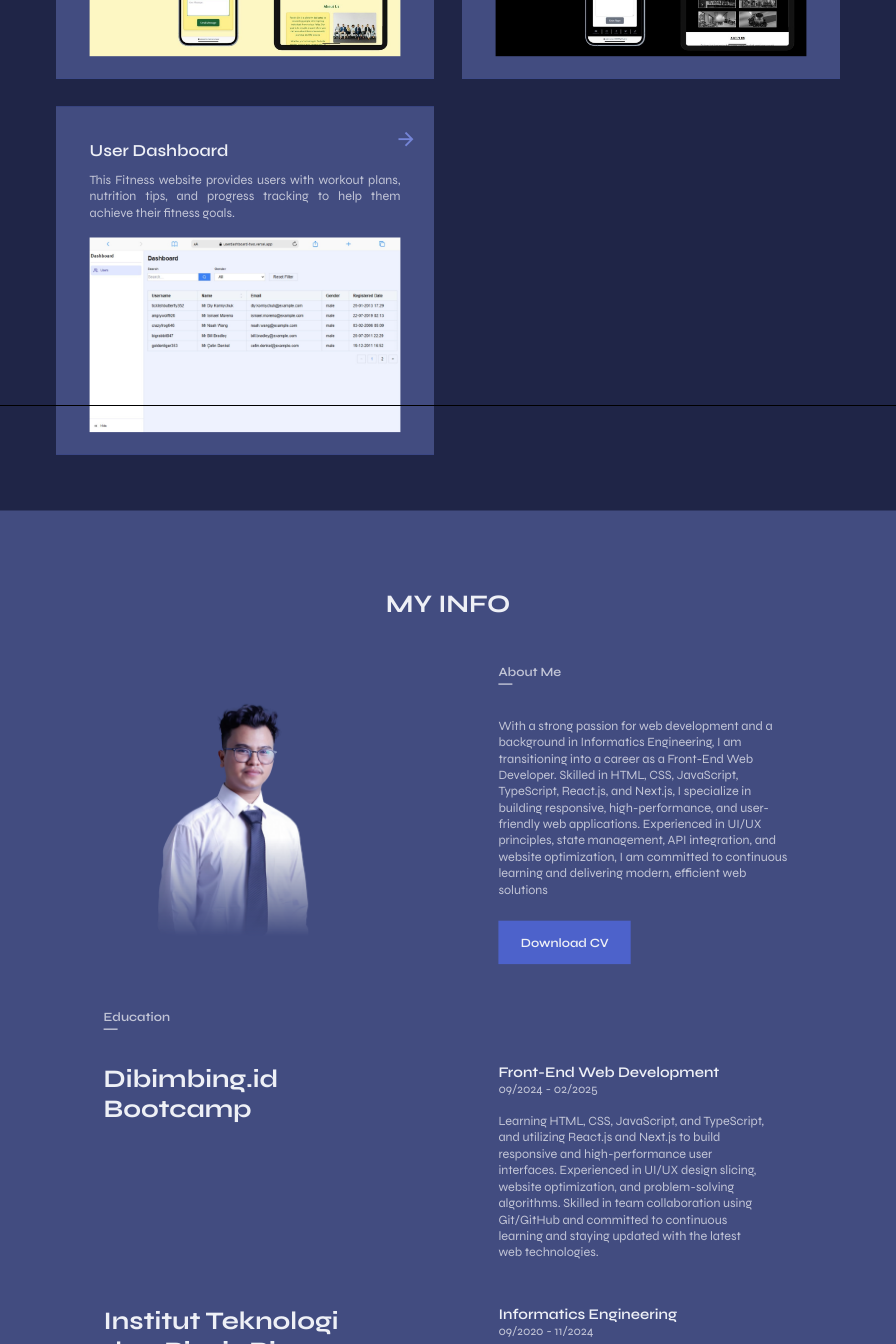
Repository: Ademaulana100499/amgrowth
Page: /
These files come from the project's save history. The page is drawn as it stood at one moment and after the next save; the edit follows.
The browser window is 1280 px wide. The pictures show the part of the page from y = 2325 to 4245 px (the page is 7532 px tall before and 7673 px after), at 70% of full size.
Some web fonts or font styles are not loaded; a fallback is used. The project was rebuilt for these pictures with package versions that can differ from the ones it lists, and the page was loaded fresh each time. Also part of the build but not shown: vite.config.js.

Above is the page before, as saved 2025-02-19 16:39:43.

After the next save:
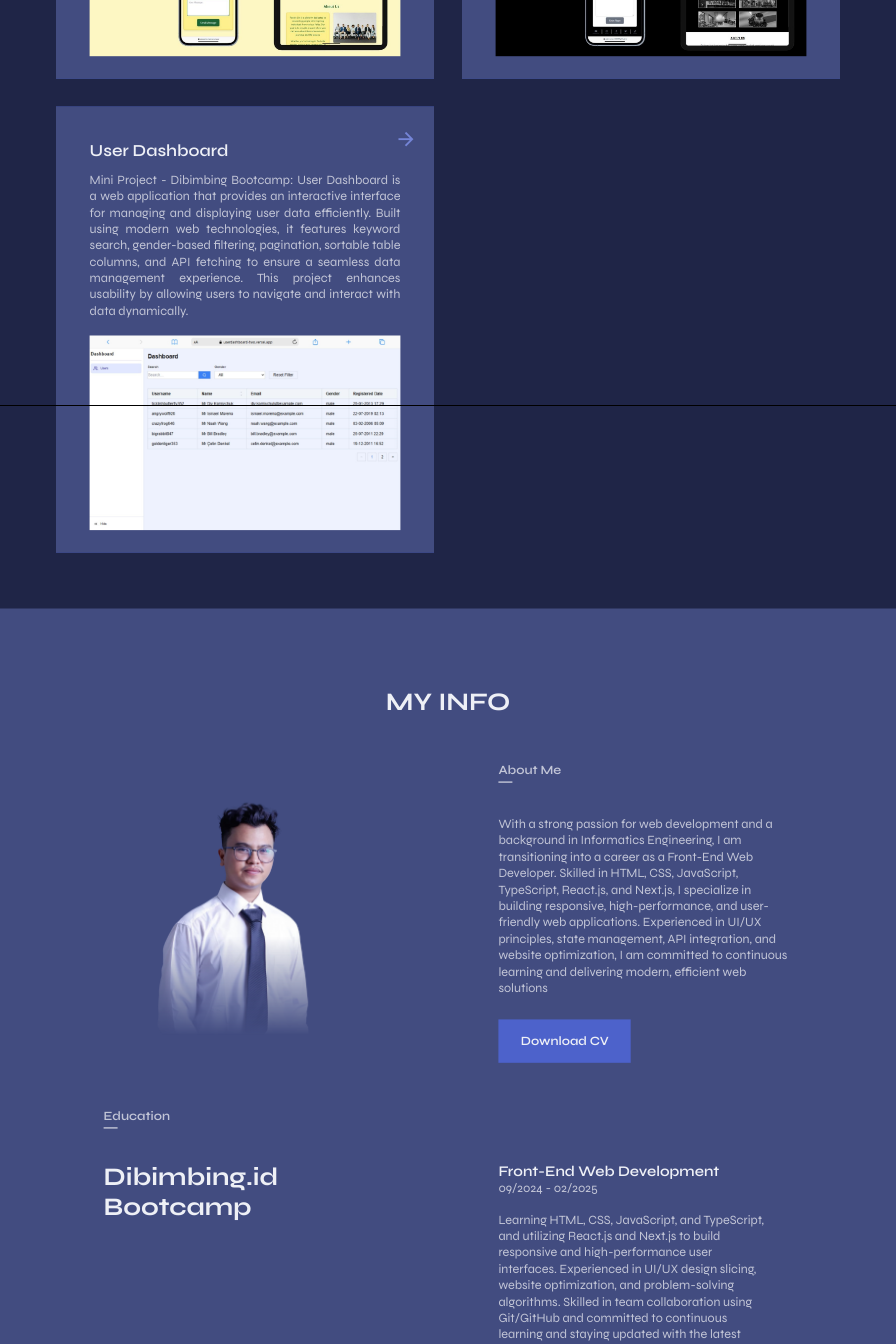
Saved 10 min 15 s later.
--- a/src/App.jsx
+++ b/src/App.jsx
@@ -62,7 +62,7 @@
       id: 5,
       title: "User Dashboard",
       description:
-        "This Fitness website provides users with workout plans, nutrition tips, and progress tracking to help them achieve their fitness goals.",
+        "Mini Project - Dibimbing Bootcamp: User Dashboard is a web application that provides an interactive interface for managing and displaying user data efficiently. Built using modern web technologies, it features keyword search, gender-based filtering, pagination, sortable table columns, and API fetching to ensure a seamless data management experience. This project enhances usability by allowing users to navigate and interact with data dynamically.",
       image: "/assets/img/userdashboard.jpg",
       link: "https://userdashboard-two.vercel.app",
     },
